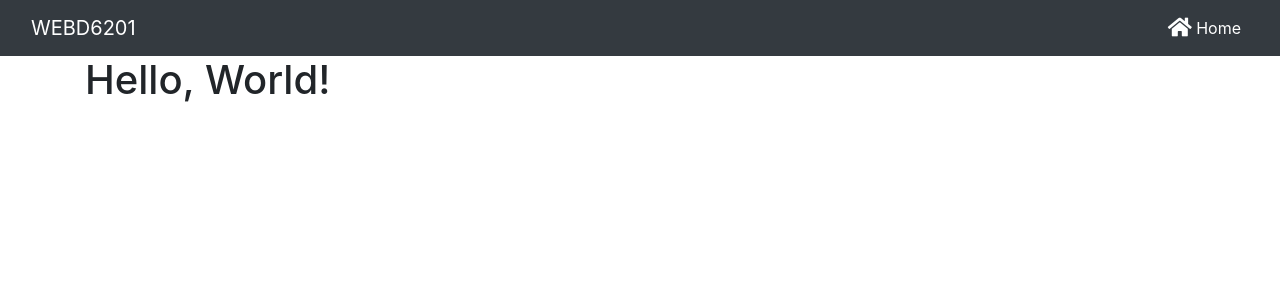
Repository: jaisydh07/WEBD6201-Week1
Page: index.html
An editor plug-in stored every save of this project. The page is shown before and after the next save, followed by the edit.
The browser window is 1280 px wide. The pictures show the whole page.

Above is the page before, as saved 2021-01-28 22:32:05.

After the next save:
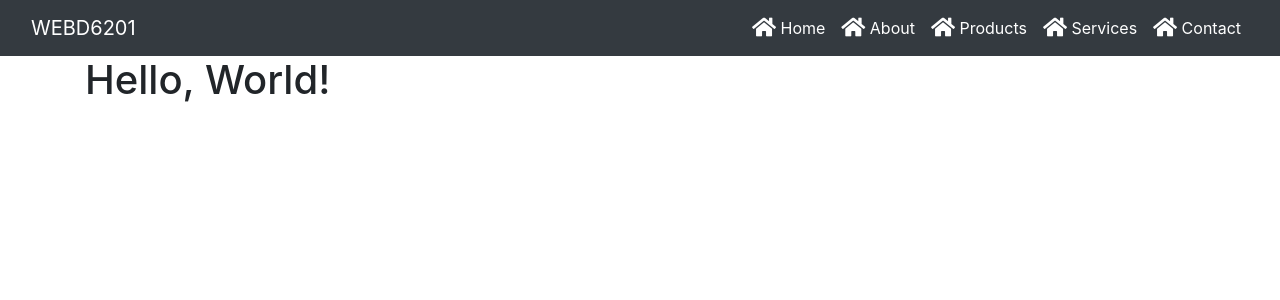
Saved 106 s later.
--- a/index.html
+++ b/index.html
@@ -19,10 +19,32 @@
           </button>
           <div class="collapse navbar-collapse" id="navbarSupportedContent">
             <ul class="navbar-nav ml-auto mb-2 mb-lg-0">
+
               <li class="nav-item">
                 <a class="nav-link active" aria-current="page" href="#">
                     <i class="fas fa-home fa-lg"></i> Home</a>
               </li>
+
+              <li class="nav-item">
+                <a class="nav-link active" aria-current="page" href="#">
+                    <i class="fas fa-home fa-lg"></i> About</a>
+              </li>
+
+              <li class="nav-item">
+                <a class="nav-link active" aria-current="page" href="#">
+                    <i class="fas fa-home fa-lg"></i> Products</a>
+              </li>
+
+              <li class="nav-item">
+                <a class="nav-link active" aria-current="page" href="#">
+                    <i class="fas fa-home fa-lg"></i> Services</a>
+              </li>
+
+              <li class="nav-item">
+                <a class="nav-link active" aria-current="page" href="#">
+                    <i class="fas fa-home fa-lg"></i> Contact</a>
+              </li>
+
             </ul>
           </div>
         </div>
